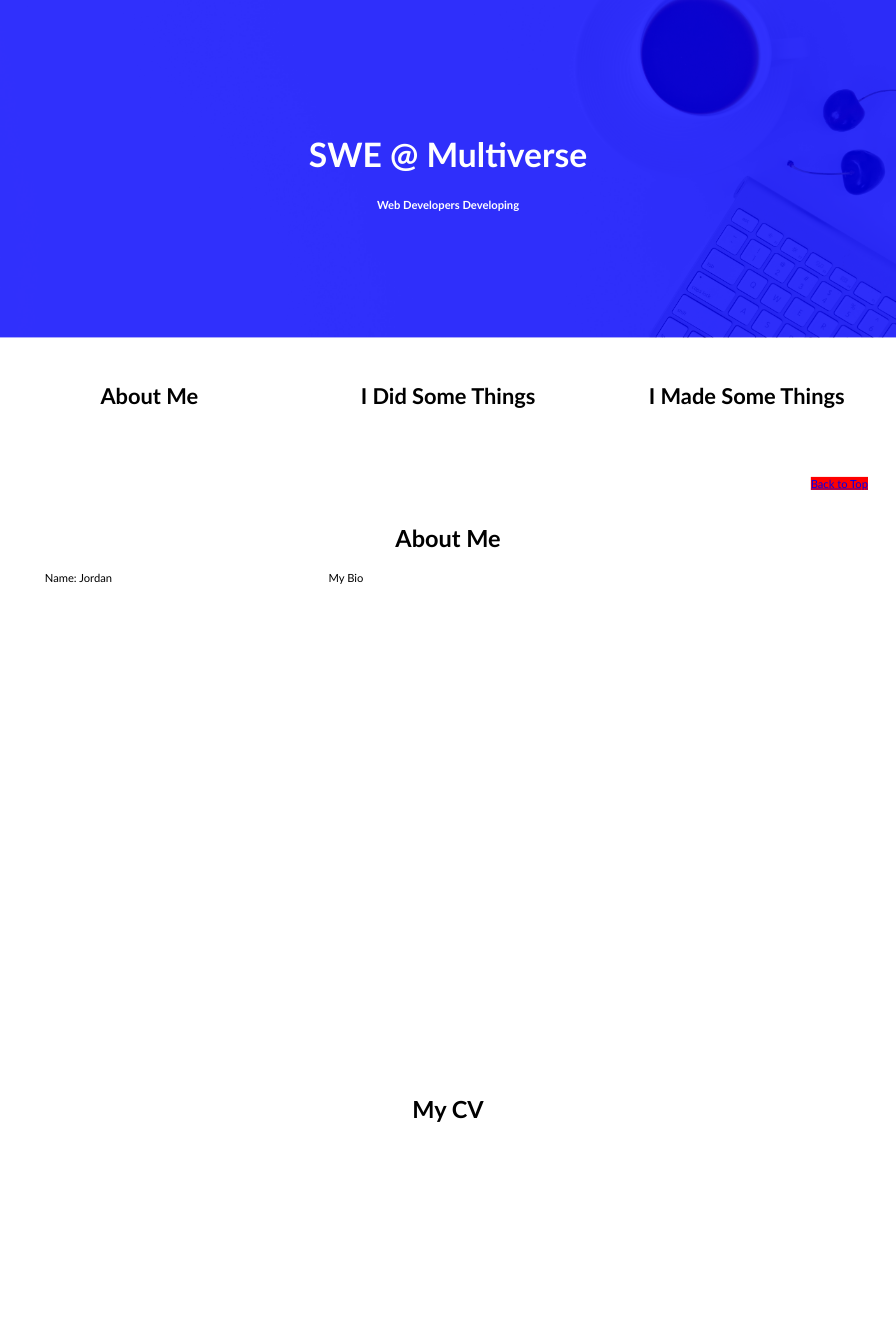
Repository: Scoofster/SWE-Flying-start-bio-website
Page: public/index.html
An editor plug-in stored every save of this project. The page is shown before and after the next save, followed by the edit.
The browser window is 1280 px wide. The pictures show the part of the page from y = 0 to 1920 px (the page is 3167 px tall), at 70% of full size.

Above is the page before, as saved 2022-06-16 14:59:12.

After the next save:
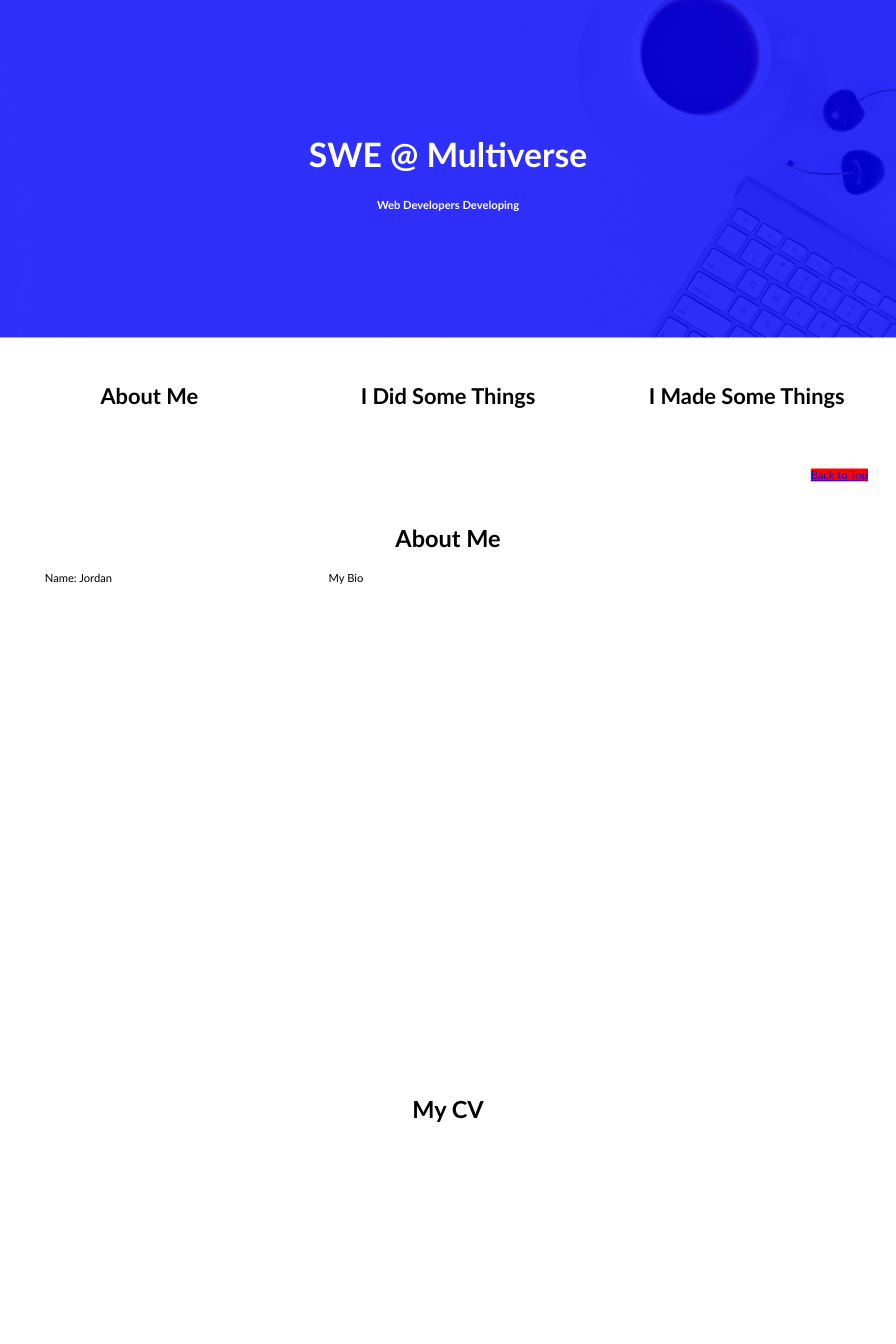
Saved 10 s later.
--- a/public/index.css
+++ b/public/index.css
@@ -76,6 +76,6 @@
   #back-to-top{
     position: fixed;
     background-color: red;
-    bottom: 20px;
+    bottom: 2rem;
     right: 40px;
   }
